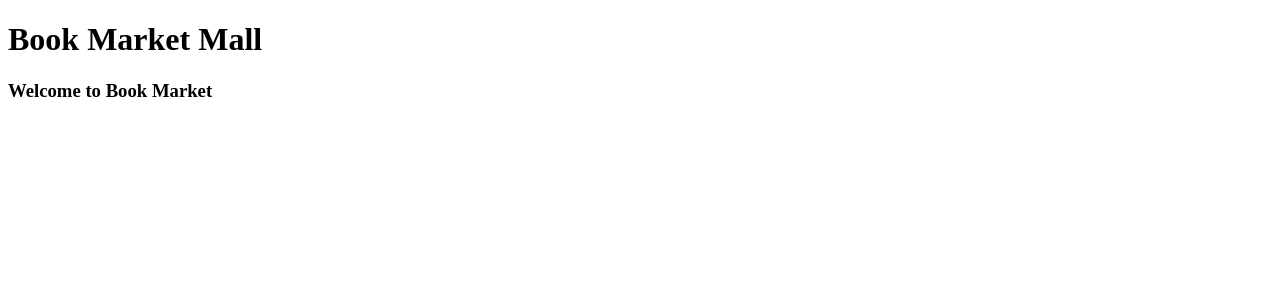
Repository: bobo1201/jspwork
Page: http://localhost/BookMarket/welcome.jsp
These files come from the project's save history. The page is drawn as it stood at one moment and after the next save; the edit follows.
The browser window is 1280 px wide. The pictures show the whole page.
The page is served by Tomcat 9.

Above is the page before, as saved 2023-02-27 03:27:00.

### BookMarket/src/main/webapp/welcome.jsp
<%@ page language="java" contentType="text/html; charset=UTF-8"
    pageEncoding="UTF-8"%>
<!DOCTYPE html>
<html>
<head>
<meta charset="UTF-8">
<title>Insert title here</title>
</head>
<body>
	<%! String str1 = "Book Market Mall";
		String str2 = "Welcome to Book Market";
	%>

	<h1><%= str1 %></h1>
	<h3><%= str2 %></h3>


</body>
</html>

After the next save:
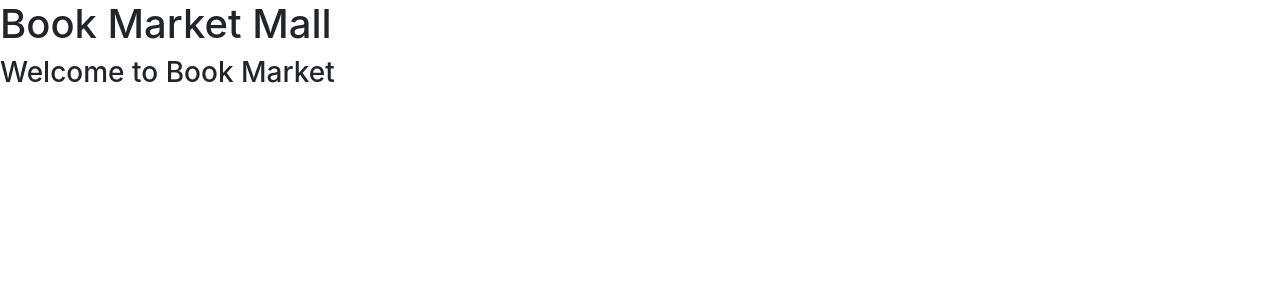
Saved 40 s later.
--- a/BookMarket/src/main/webapp/welcome.jsp
+++ b/BookMarket/src/main/webapp/welcome.jsp
@@ -4,6 +4,8 @@
 <html>
 <head>
 <meta charset="UTF-8">
+<link rel = "stylesheet"
+	href = "http://maxcdn.bootstrapcdn.com/bootstrap/4.0.0/css/bootstrap.min.css">
 <title>Insert title here</title>
 </head>
 <body>
